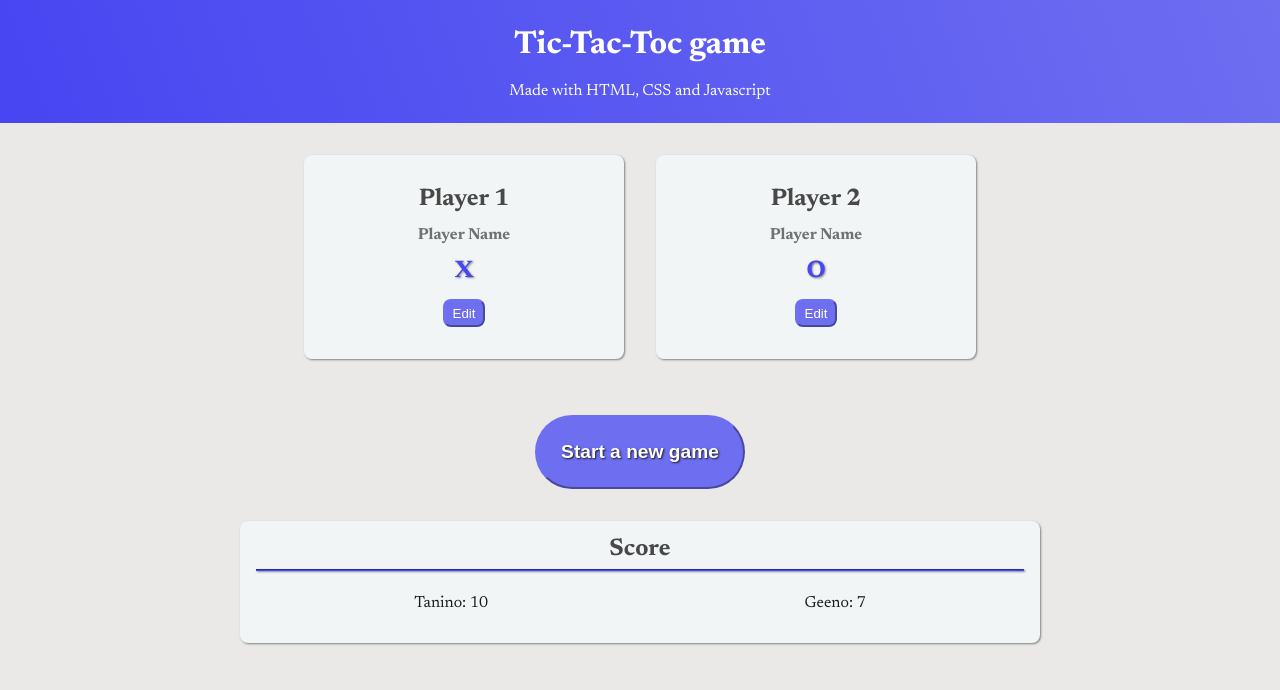
Repository: MicTomm/Tic-tac-toe-game
Page: index.html
The author's editor kept a copy of each file at every save. The page is drawn from the files as they stood at one save, then again after the next save.
The browser window is 1280 px wide. The pictures show the whole page.

Above is the page before, as saved 2023-06-26 20:11:02.

After the next save:
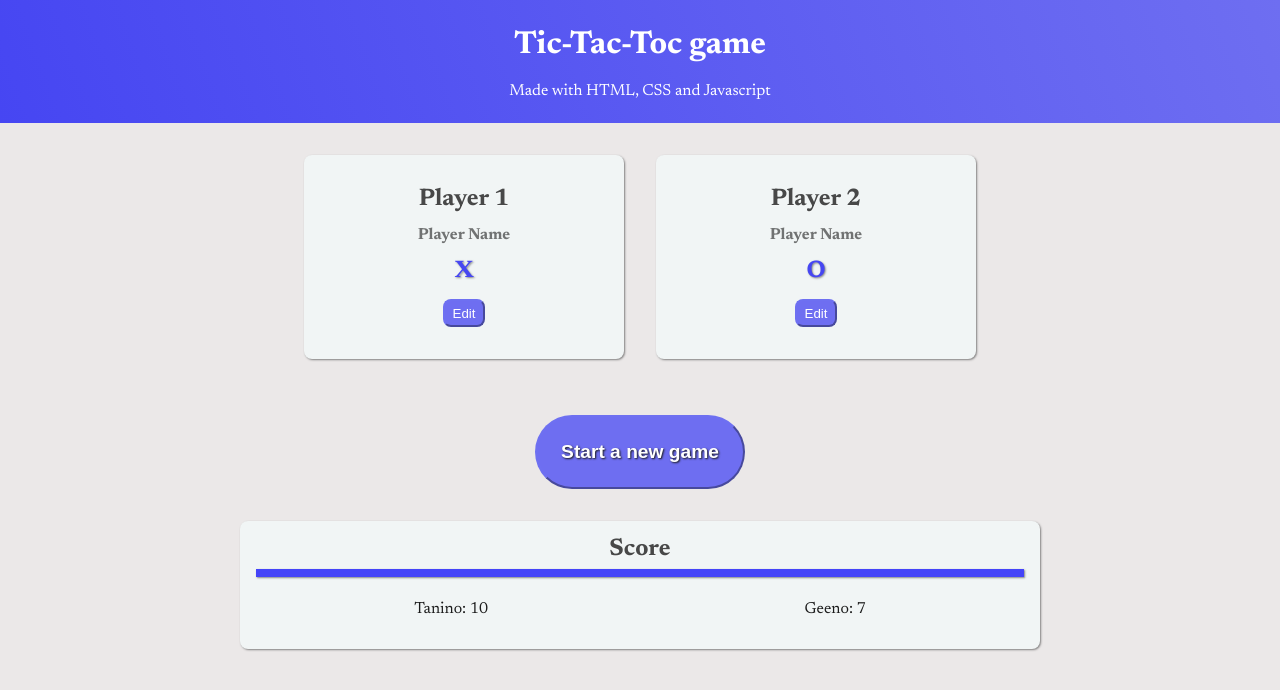
Saved 46 s later.
--- a/styles/game-execution.css
+++ b/styles/game-execution.css
@@ -1,5 +1,5 @@
 hr{
-    border-color: rgb(68, 68, 248);
+    border: .3rem solid rgb(68, 68, 248);
     box-shadow: 1px 1px 2px rgb(27, 27, 27, 0.5);
 }
 
